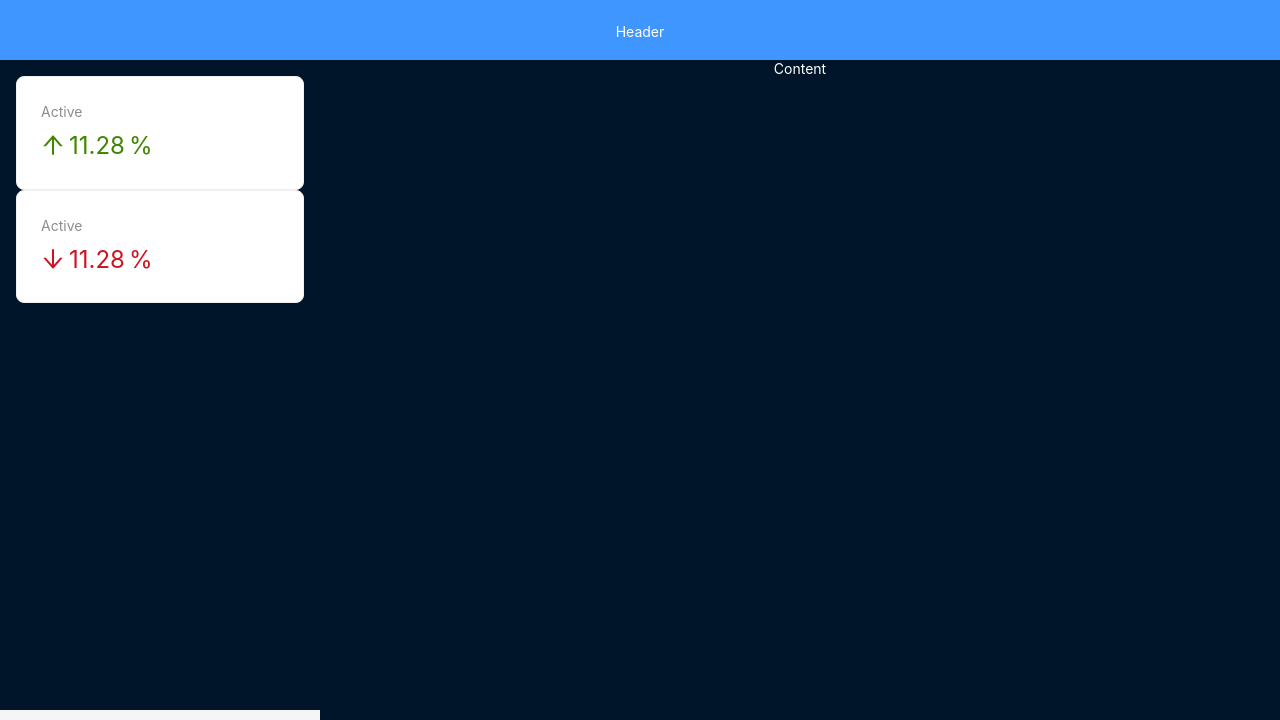
Repository: Vadia23/React-Crypto-App
Page: /
An editor plug-in stored every save of this project. The page is shown before and after the next save, followed by the edit.
The browser window is 1280 px wide. The pictures show the whole page.
The project was rebuilt for these pictures with package versions that can differ from the ones it lists, and the page was loaded fresh each time. Also part of the build but not shown: vite.config.js.

Above is the page before, as saved 2024-02-08 17:58:31.

### src/App.jsx
import { Layout } from "antd";
import AppHeader from "./components/layout/AppHeader";
import AppSider from "./components/layout/AppSider";
import AppContent from "./components/layout/AppConten";

export default function App() {
  return (
    <Layout>
      <AppHeader />
      <Layout>
        <AppSider />
        <AppContent />
      </Layout>
    </Layout>
  );
}

### src/components/layout/AppHeader.jsx
import { Layout } from "antd";

const headerStyle = {
  textAlign: "center",
  color: "#fff",
  height: 60,
  paddingInline: 48,
  lineHeight: "64px",
  backgroundColor: "#4096ff",
};

export default function AppHeader() {
  return <Layout.Header style={headerStyle}>Header</Layout.Header>;
}

### src/components/layout/AppSider.jsx
import { Card, Layout, Statistic } from "antd";
import { ArrowDownOutlined, ArrowUpOutlined } from "@ant-design/icons";

const siderStyle = {
  padding: "1rem",
};

export default function AppSider() {
  return (
    <Layout.Sider width="25%" style={{ ...siderStyle, marginBottom: "10px" }}>
      <Card>
        <Statistic
          title="Active"
          value={11.28}
          precision={2}
          valueStyle={{ color: "#3f8600" }}
          prefix={<ArrowUpOutlined />}
          suffix="%"
        />
      </Card>
      <Card>
        <Statistic
          title="Active"
          value={11.28}
          precision={2}
          valueStyle={{ color: "#cf1322" }}
          prefix={<ArrowDownOutlined />}
          suffix="%"
        />
      </Card>
    </Layout.Sider>
  );
}

### src/components/layout/AppConten.jsx
import { Layout } from "antd";

const contentStyle = {
  textAlign: "center",
  minHeight: "calc(100vh - 60px)",
  color: "#fff",
  backgroundColor: "#001529",
};

export default function AppContent() {
  return <Layout.Content style={contentStyle}>Content</Layout.Content>;
}

Loaded but not shown: index.html (common file); src/main.jsx (common file); src/index.css (common file)

After the next save:
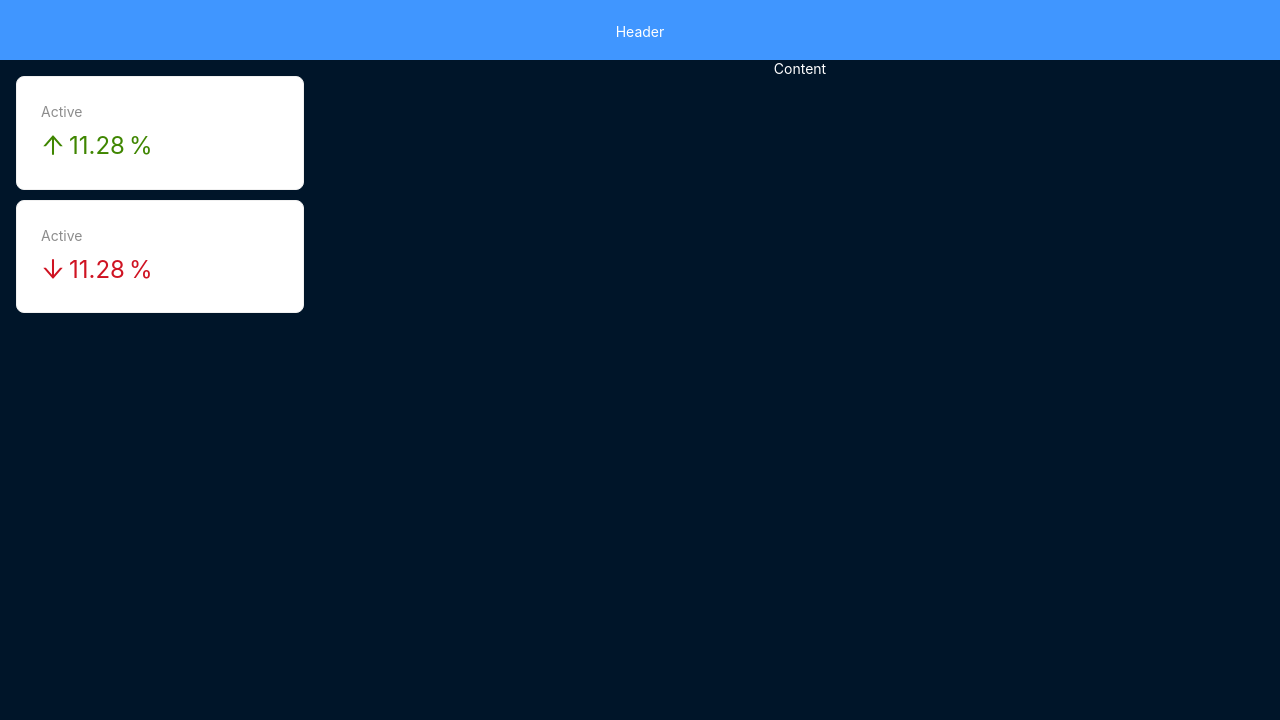
Saved 29 s later.
--- a/src/components/layout/AppSider.jsx
+++ b/src/components/layout/AppSider.jsx
@@ -7,8 +7,8 @@
 
 export default function AppSider() {
   return (
-    <Layout.Sider width="25%" style={{ ...siderStyle, marginBottom: "10px" }}>
-      <Card>
+    <Layout.Sider width="25%" style={siderStyle}>
+      <Card style={{ marginBottom: "10px" }}>
         <Statistic
           title="Active"
           value={11.28}
